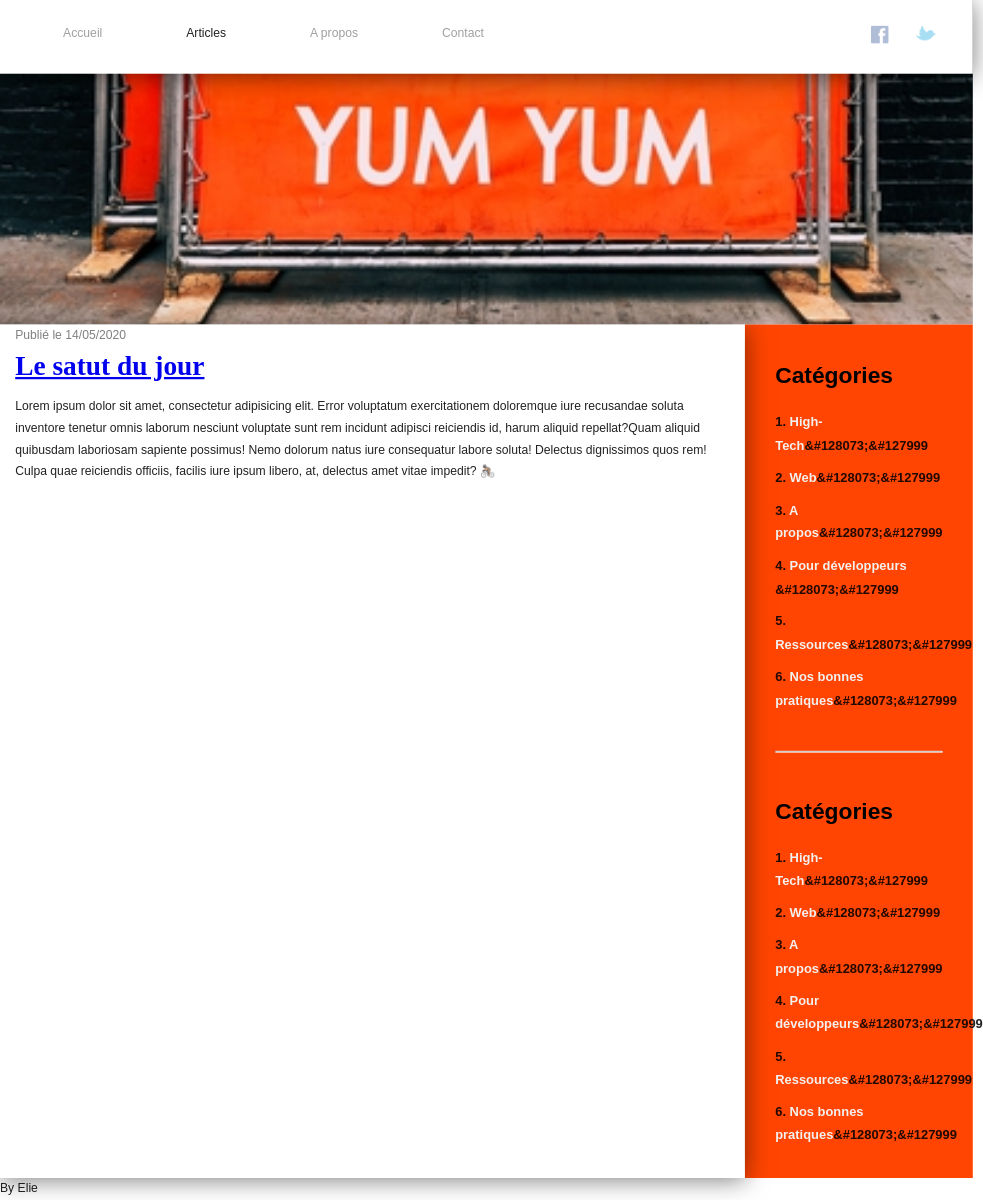
Repository: Elie-Dey/blog-train
Page: article.html
The author's editor kept a copy of each file at every save. The page is drawn from the files as they stood at one save, then again after the next save.
The browser window is 1280 px wide. The page is 1293 px wide, then 1280 px, so the pictures cover 1293 px, including what lies to the right of the window. The pictures show the whole page, at 76% of full size.

Above is the page before, as saved 2020-06-17 23:31:12.

After the next save:
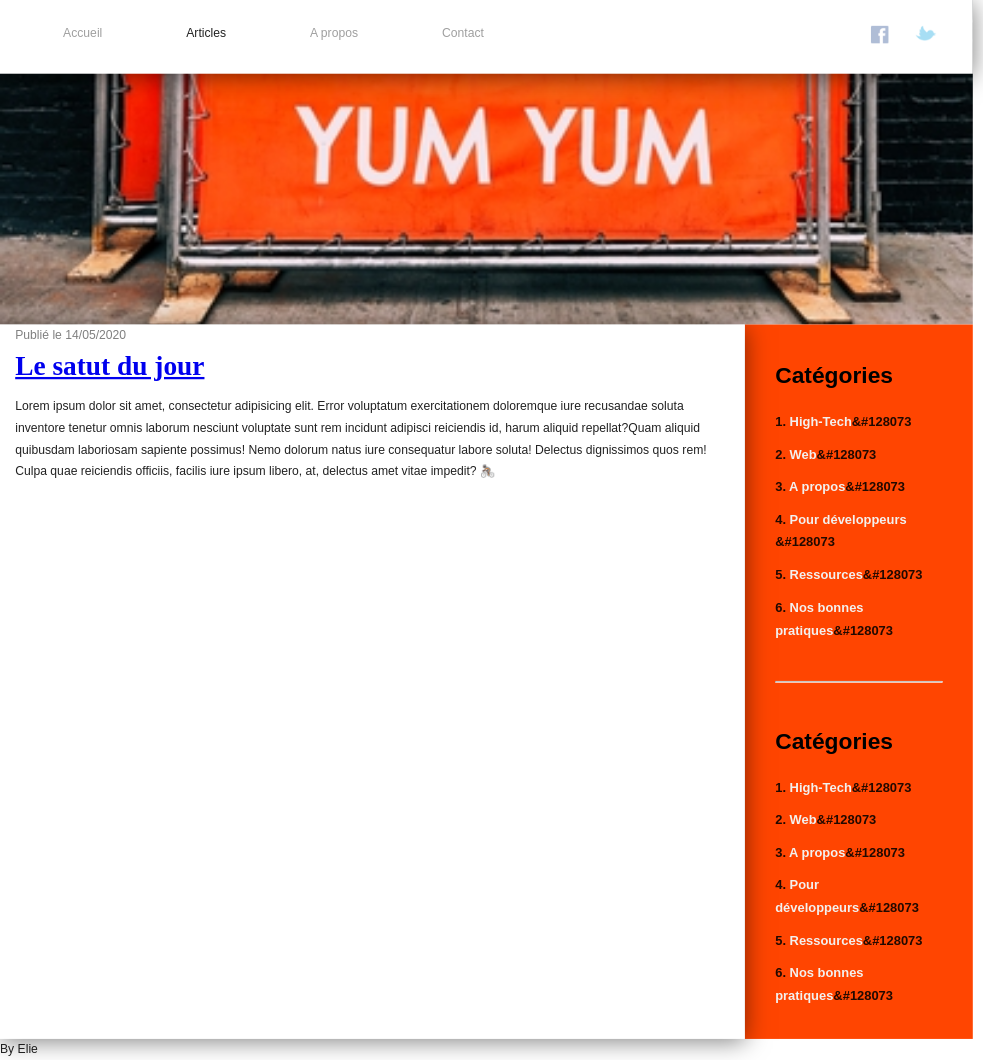
Saved 81 s later.
--- a/style.css
+++ b/style.css
@@ -109,7 +109,7 @@ body, html
 .sidebar li::after
 {
     content:
-    "&#128073;&#127999";
+    "&#128073";
 }
 .sidebar-title
 {
